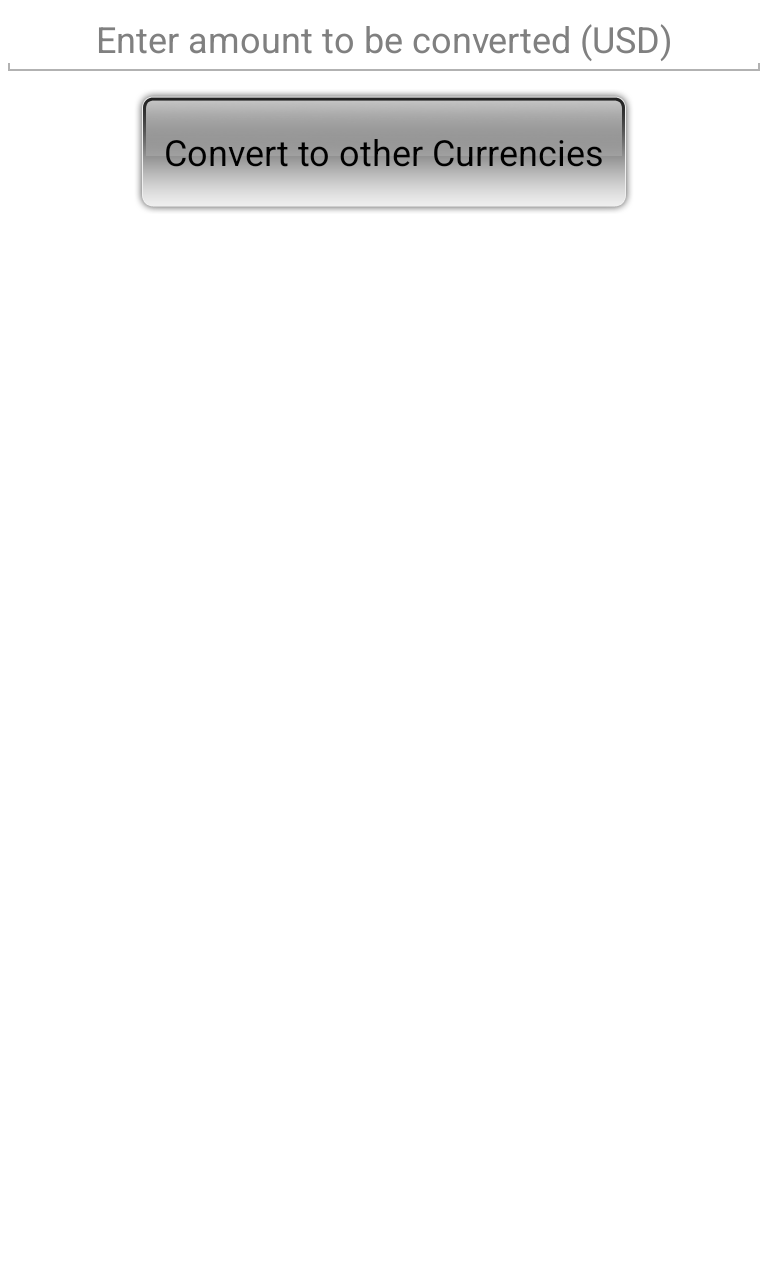
Repository: efreestone/MDF3_Freestone
Layout: AppLauncher/res/layout/activity_main.xml
These files come from the project's save history. The layout is drawn as it stood at one moment and after the next save; the edit follows.
It is drawn on a 768 x 1280 px phone screen (xhdpi) without system bars, with theme AppTheme; the app's code is not run.

Above is the layout before, as saved 2014-07-11 02:00:03.

After the next save:
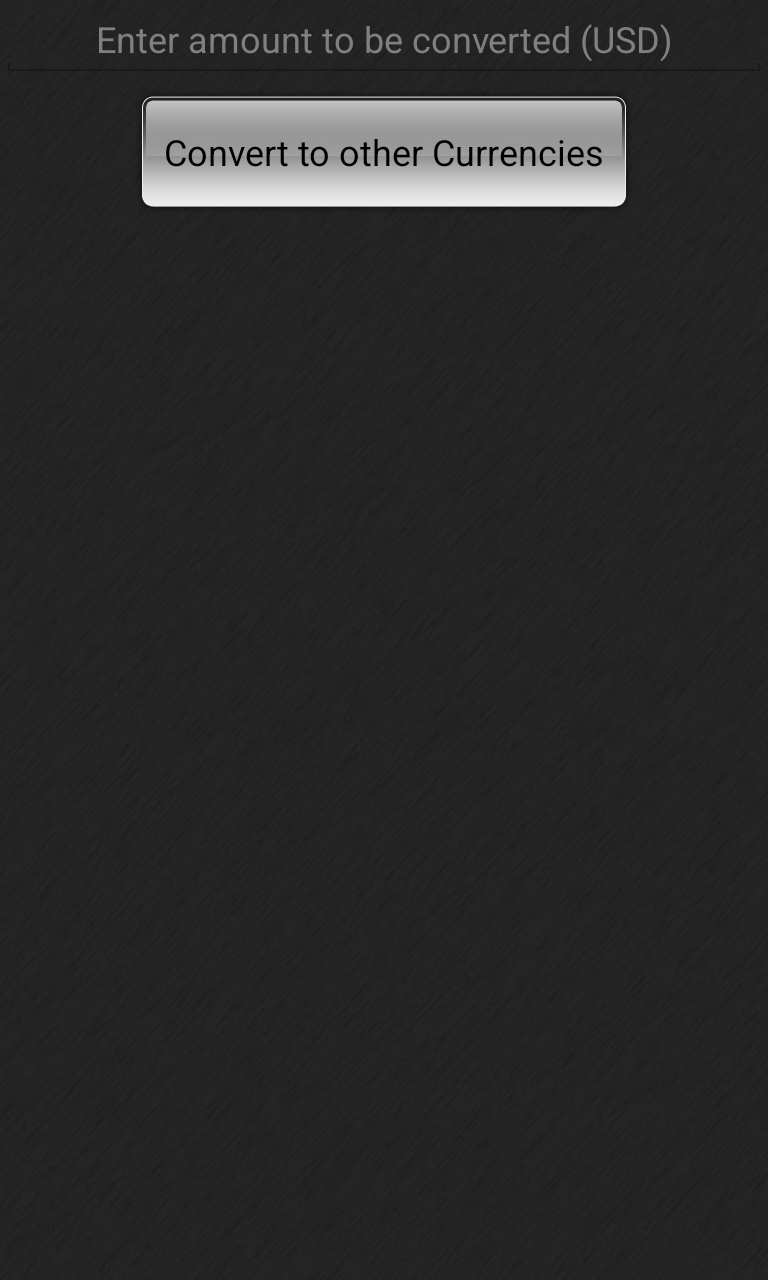
Saved 4 min 51 s later.
--- a/AppLauncher/res/layout/activity_main.xml
+++ b/AppLauncher/res/layout/activity_main.xml
@@ -3,6 +3,7 @@
     android:id="@+id/parentView"
     android:layout_width="match_parent"
     android:layout_height="match_parent"
+    android:background="@drawable/main_background"
     android:orientation="vertical"
     >
 
